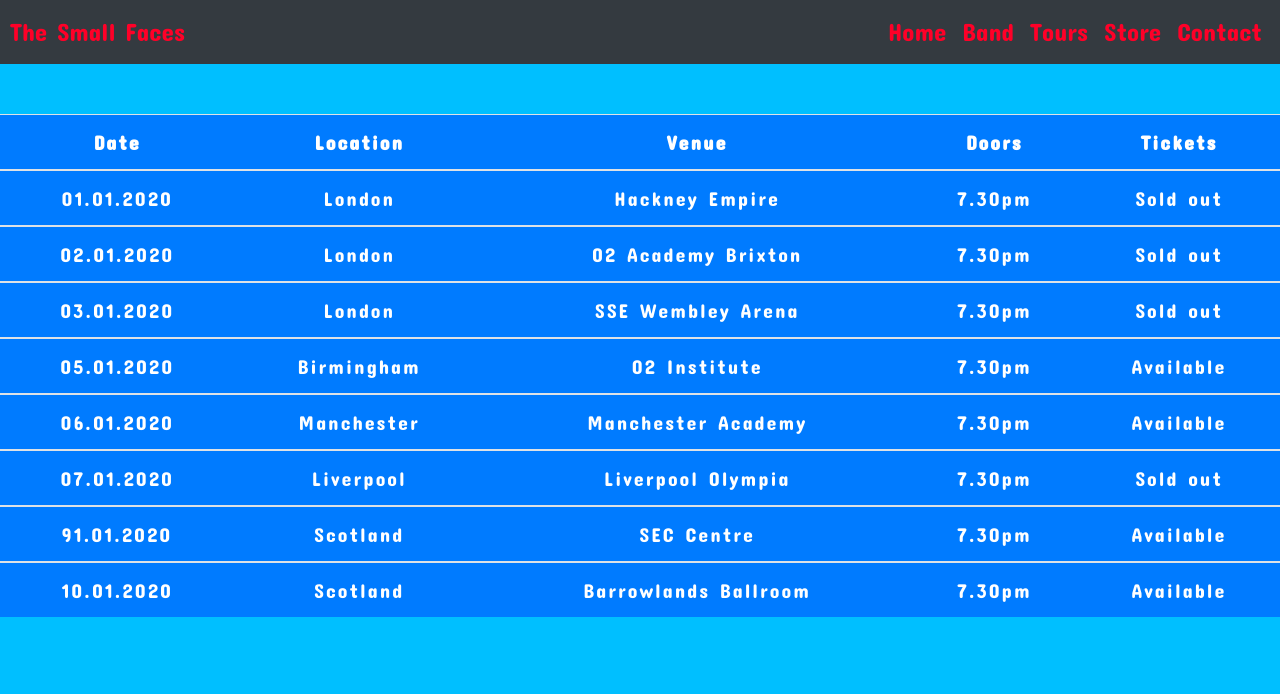
Repository: akshatnitd/User-Centric-FrontEnd-Milestone-Project
Page: tour.html
The author's editor kept a record of every edit. The page is drawn from the files as they stood at one moment, then again after the next edit.
The browser window is 1280 px wide. The pictures show the whole page.
Some web libraries are served in a nearby version.

Above is the page before.

After the next edit:
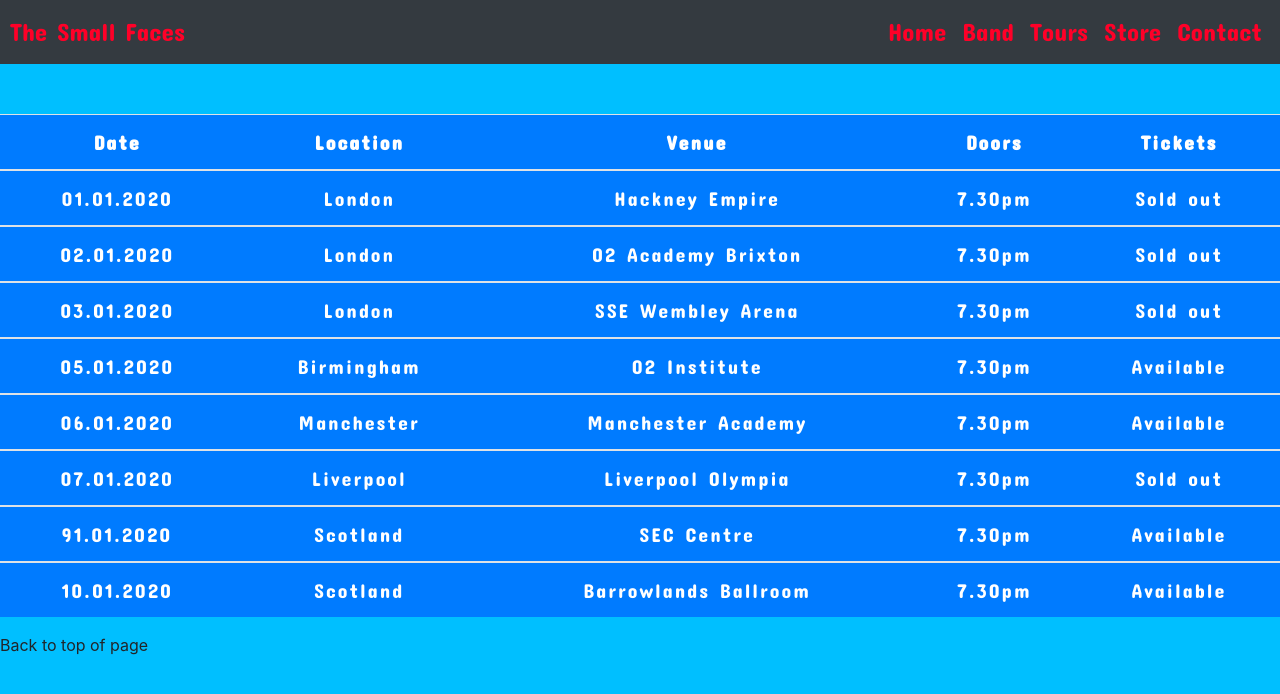
The edit:
--- a/tour.html
+++ b/tour.html
@@ -223,6 +223,7 @@
 
    </section>
     <footer>
+      <a href="#top">Back to top of page</a>
 
     </footer>
     <script src="https://code.jquery.com/jquery-3.3.1.slim.min.js" integrity="sha384-q8i/X+965DzO0rT7abK41JStQIAqVgRVzpbzo5smXKp4YfRvH+8abtTE1Pi6jizo" crossorigin="anonymous"></script>
